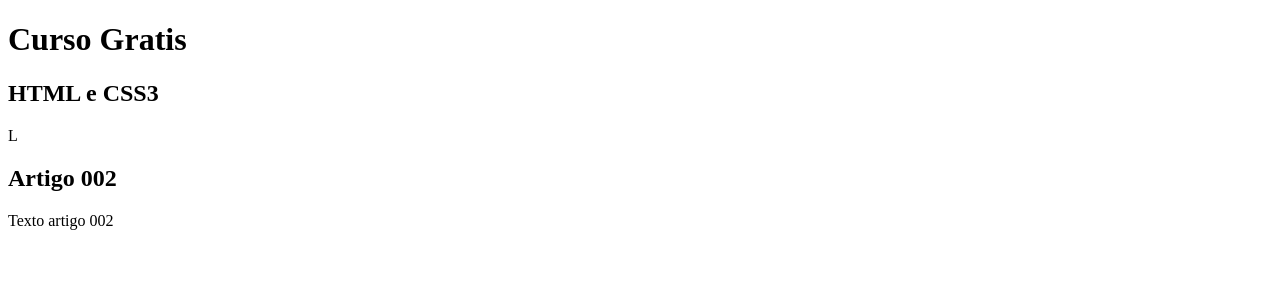
Repository: robertacristinaabreu01/projeto-siteGitHub
Page: index.html
The author's editor kept a copy of each file at every save. The page is drawn from the files as they stood at one save, then again after a run of saves.
The browser window is 1280 px wide. The pictures show the whole page.

Above is the page before, as saved 2021-01-23 21:39:55.

After the next 2 saves:
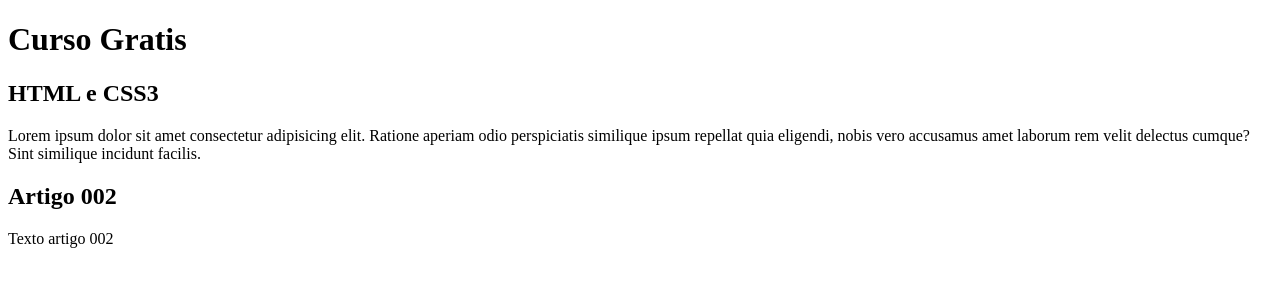
The 2 saves are shown as one change because they came seconds apart.
The last was saved 6 s later.
--- a/index.html
+++ b/index.html
@@ -14,7 +14,7 @@
         </header>
         <article>
             <h1>HTML e CSS3</h1>
-            <p>L</p>
+            <p>Lorem ipsum dolor sit amet consectetur adipisicing elit. Ratione aperiam odio perspiciatis similique ipsum repellat quia eligendi, nobis vero accusamus amet laborum rem velit delectus cumque? Sint similique incidunt facilis.</p>
         </article>
         <article>
             <h1>Artigo 002</h1>
